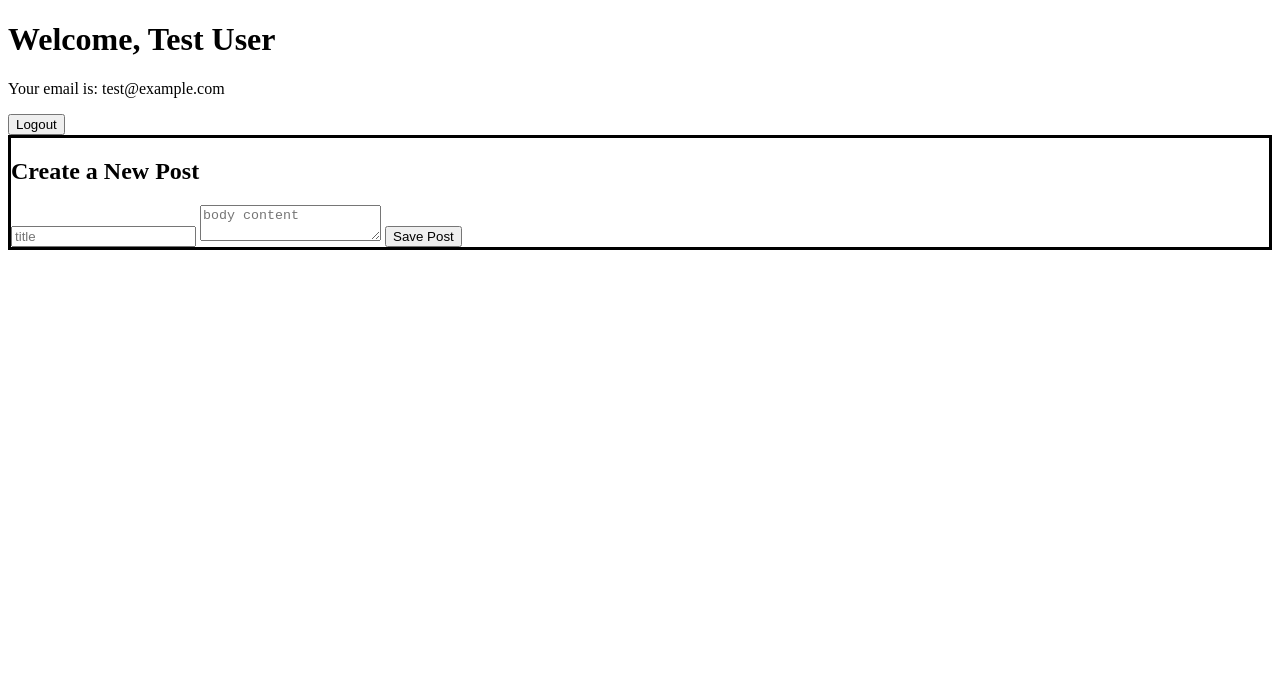
Repository: Adel-Shurrab/CRUD-System
Page: http://localhost/
The author's editor kept a copy of each file at every save. The page is drawn from the files as they stood at one save, then again after the next save.
The browser window is 1280 px wide. The pictures show the whole page.
The page is served by the project's Laravel application, run on PHP 8.4 with Laravel 12. A made-up administrator, Test User (test@example.com), is signed in. Other server files are loaded and not shown.

Above is the page before, as saved 2025-05-14 14:34:25.

### routes/web.php
<?php

use Illuminate\Support\Facades\Route;
use App\Http\Controllers\UserController;

Route::middleware('auth')->group(function () {
    Route::view('/', 'home')->name('home');
});

Route::middleware('guest')->group(function () {
    Route::get('/register', [UserController::class, 'showRegistrationForm'])->name('register');
    Route::post('/register', [UserController::class, 'register'])->name('register.post');
    Route::get('/login', [UserController::class, 'showLoginForm'])->name('login');
    Route::post('/login', [UserController::class, 'login'])->name('login.post');
});

Route::post('/logout', [UserController::class, 'logout'])->name('logout');

### resources/views/home.blade.php
<!DOCTYPE html>
<html lang="en">

<head>
    <meta charset="UTF-8">
    <meta name="viewport" content="width=device-width, initial-scale=1.0">
    <meta http-equiv="X-UA-Compatible" content="ie=edge">
    <title>Home</title>
</head>

<body>
    <h1>Welcome, {{ Auth::user()->name }}</h1>
    <p>Your email is: {{ Auth::user()->email }}</p>
    <form action="{{ route('logout') }}" method="POST" style="display: inline;">
        @csrf
        <button type="submit" class="btn btn-link">Logout</button>
    </form>

    <div style="border: 3px solid black;">
        <h2>Create a New Post</h2>
        <form action="/" method="POST">
            @csrf
            <input type="text" name="title" placeholder="title">
            <textarea name="body" placeholder="body content"></textarea>
            <button>Save Post</button>
        </form>
    </div>

</body>

</html>

Loaded but not shown: app/Models/User.php (common file)

After the next save:
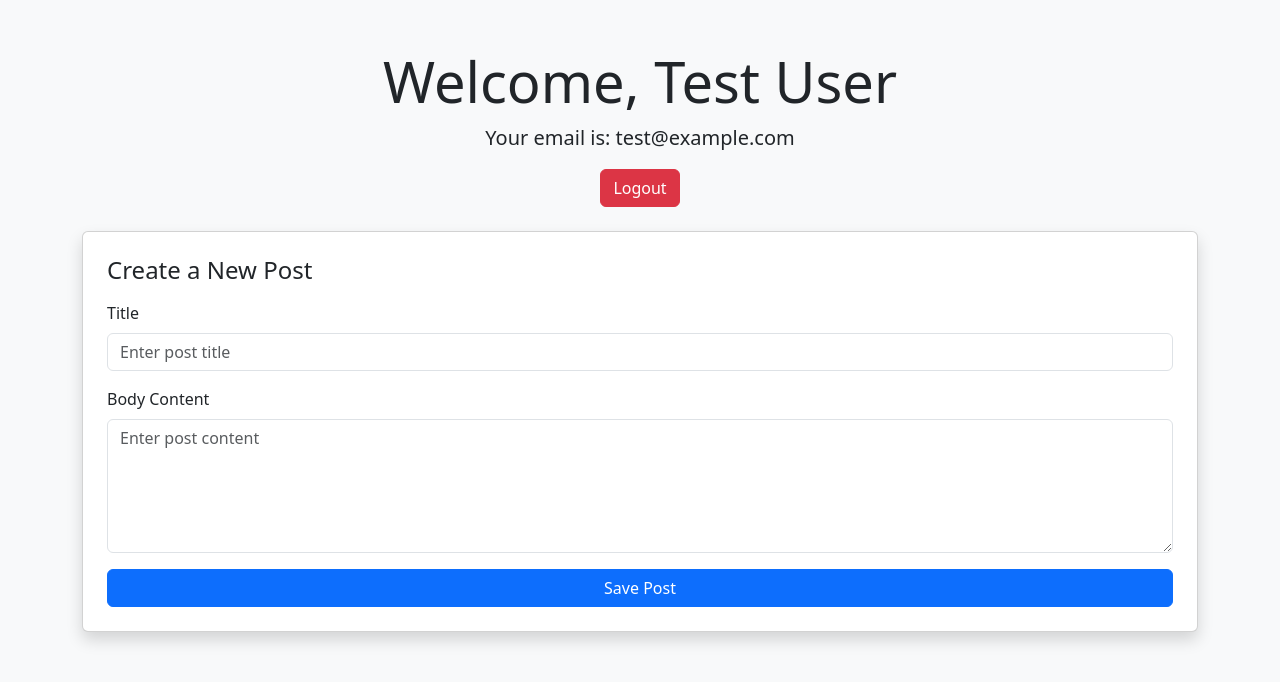
Saved 5 min 43 s later.
--- a/resources/views/home.blade.php
+++ b/resources/views/home.blade.php
@@ -6,26 +6,38 @@
     <meta name="viewport" content="width=device-width, initial-scale=1.0">
     <meta http-equiv="X-UA-Compatible" content="ie=edge">
     <title>Home</title>
+    <link href="https://cdn.jsdelivr.net/npm/bootstrap@5.3.0/dist/css/bootstrap.min.css" rel="stylesheet">
 </head>
 
-<body>
-    <h1>Welcome, {{ Auth::user()->name }}</h1>
-    <p>Your email is: {{ Auth::user()->email }}</p>
-    <form action="{{ route('logout') }}" method="POST" style="display: inline;">
-        @csrf
-        <button type="submit" class="btn btn-link">Logout</button>
-    </form>
+<body class="bg-light">
+    <div class="container mt-5">
+        <div class="text-center mb-4">
+            <h1 class="display-4">Welcome, {{ Auth::user()->name }}</h1>
+            <p class="lead">Your email is: {{ Auth::user()->email }}</p>
+            <form action="{{ route('logout') }}" method="POST" style="display: inline;">
+                @csrf
+                <button type="submit" class="btn btn-danger">Logout</button>
+            </form>
+        </div>
 
-    <div style="border: 3px solid black;">
-        <h2>Create a New Post</h2>
-        <form action="/" method="POST">
-            @csrf
-            <input type="text" name="title" placeholder="title">
-            <textarea name="body" placeholder="body content"></textarea>
-            <button>Save Post</button>
-        </form>
+        <div class="card shadow p-4">
+            <h2 class="h4 mb-3">Create a New Post</h2>
+            <form action="/" method="POST">
+                @csrf
+                <div class="mb-3">
+                    <label for="title" class="form-label">Title</label>
+                    <input type="text" class="form-control" id="title" name="title" placeholder="Enter post title" required>
+                </div>
+                <div class="mb-3">
+                    <label for="body" class="form-label">Body Content</label>
+                    <textarea class="form-control" id="body" name="body" rows="5" placeholder="Enter post content" required></textarea>
+                </div>
+                <button type="submit" class="btn btn-primary w-100">Save Post</button>
+            </form>
+        </div>
     </div>
 
+    <script src="https://cdn.jsdelivr.net/npm/bootstrap@5.3.0/dist/js/bootstrap.bundle.min.js"></script>
 </body>
 
 </html>
